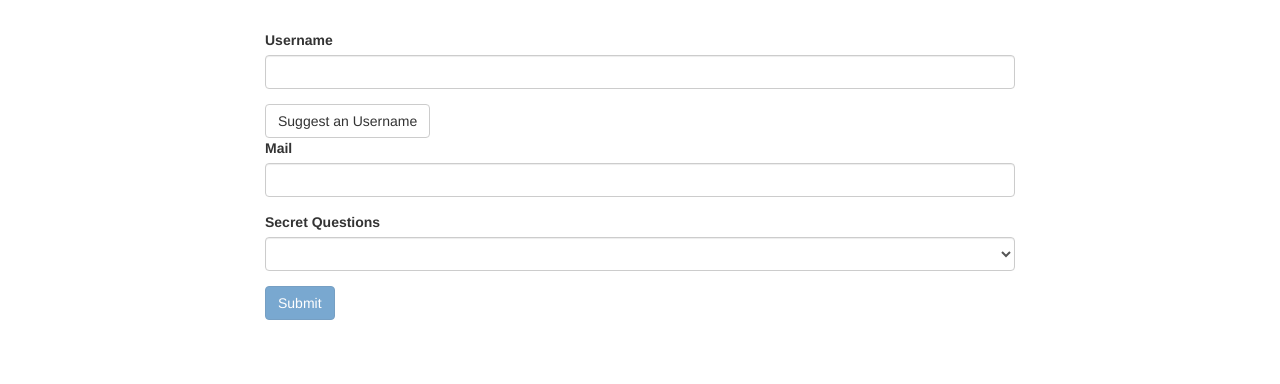
Repository: NikitasX/AngularCourse
Page: / (app in forms-start/)
These files come from the project's save history. The page is drawn as it stood at one moment and after the next save; the edit follows.
The browser window is 1280 px wide. The pictures show the whole page.
The project was rebuilt for these pictures with package versions that can differ from the ones it lists, and the page was loaded fresh each time. Also part of the build but not shown: forms-start/angular.json.

Above is the page before, as saved 2020-09-25 15:36:42.

### forms-start/src/app/app.component.ts
import { Component, ViewChild } from '@angular/core';
import { NgForm } from '@angular/forms';

@Component({
  selector: 'app-root',
  templateUrl: './app.component.html',
  styleUrls: ['./app.component.css']
})
export class AppComponent {
@ViewChild('f') signupForm:NgForm;

  suggestUserName() {
    const suggestedName = 'Superuser';
  }

  // onSubmit(form: NgForm) {
  //   console.log(form);
  // }

  onSubmit() {
    console.log(this.signupForm);
  }
}

### forms-start/src/app/app.component.html
<div class="container">
  <div class="row">
    <div class="col-xs-12 col-sm-10 col-md-8 col-sm-offset-1 col-md-offset-2">
      <form (ngSubmit)="onSubmit()" #f="ngForm">
        <div id="user-data">
          <div class="form-group">
            <label for="username">Username</label>
            <input
              type="text"
              id="username"
              class="form-control"
              ngModel
              name="username"
              required>
          </div>
          <button class="btn btn-default" type="button">Suggest an Username</button>
          <div class="form-group">
            <label for="email">Mail</label>
            <input
              type="email"
              id="email"
              class="form-control"
              ngModel
              name="email"
              required
              email>
             <span class="help-block"></span>
          </div>
        </div>
        <div class="form-group">
          <label for="secret">Secret Questions</label>
          <select
            id="secret"
            class="form-control"
            ngModel
            name="secret">
            <option value="pet">Your first Pet?</option>
            <option value="teacher">Your first teacher?</option>
          </select>
        </div>
        <button
          class="btn btn-primary"
          type="submit"
          [disabled]="!f.valid">Submit</button>
      </form>
    </div>
  </div>
</div>

Loaded but not shown: forms-start/src/index.html (common file); forms-start/src/styles.css (common file); forms-start/src/main.ts (common file); forms-start/src/app/app.module.ts (common file); forms-start/src/environments/environment.ts (common file); forms-start/src/app/app.component.css (common file)

After the next save:
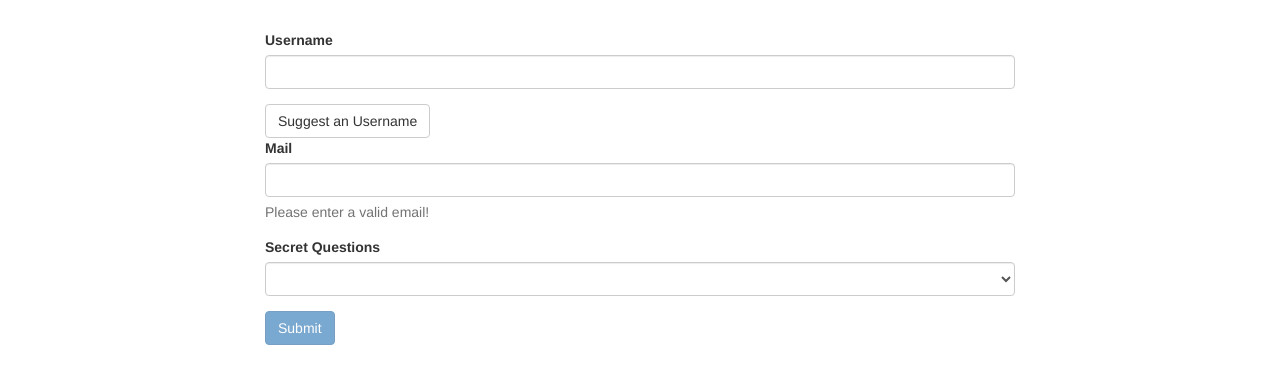
Saved 5 s later.
--- a/forms-start/src/app/app.component.html
+++ b/forms-start/src/app/app.component.html
@@ -24,7 +24,7 @@
               name="email"
               required
               email>
-             <span class="help-block"></span>
+             <span class="help-block">Please enter a valid email!</span>
           </div>
         </div>
         <div class="form-group">
